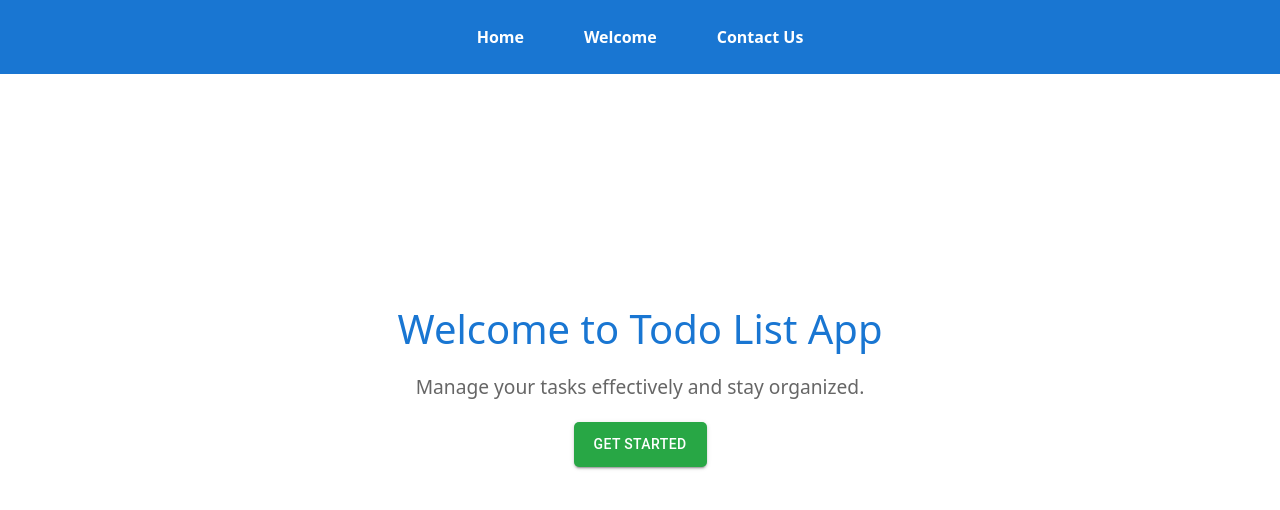
Repository: HPNChanel/Todo-List-Web-App
Page: /welcome (app in frontend/todolist/)
These files come from the project's save history. The page is drawn as it stood at one moment and after the next save; the edit follows.
The browser window is 1280 px wide. The pictures show the whole page.
The page's requests for data from a server got no answer. The project was rebuilt for these pictures with package versions that can differ from the ones it lists, and the page was loaded fresh each time. No one was signed in, and anything a server would have sent is missing. Also part of the build but not shown: frontend/todolist/src/styles/TaskItem.css, frontend/todolist/src/hooks/useTasks.js, frontend/todolist/src/components/TaskItem.js, frontend/todolist/src/styles/TaskForm.css, frontend/todolist/src/components/TaskForm.js, frontend/todolist/src/styles/TaskList.css, frontend/todolist/src/components/TaskList.js, frontend/todolist/src/styles/NotFound.css and 1 more. Imported but missing from the stored project, and not drawn on this page: frontend/todolist/src/components/ContactUs.

Above is the page before, as saved 2024-11-05 14:26:44.

After the next save:
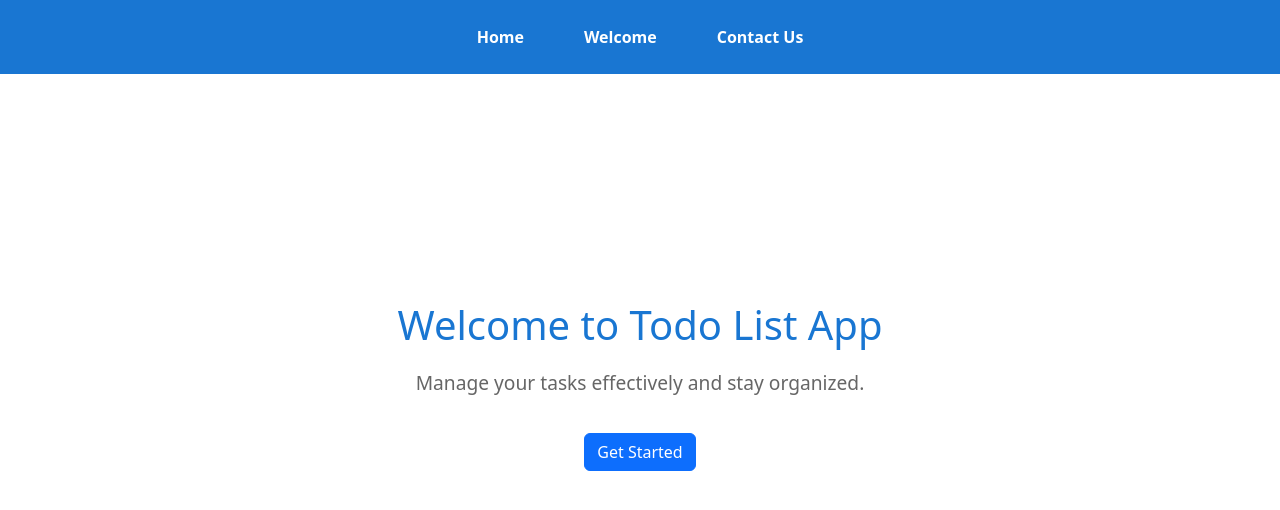
Saved 12 s later.
--- a/frontend/todolist/src/pages/WelcomePage.js
+++ b/frontend/todolist/src/pages/WelcomePage.js
@@ -1,15 +1,14 @@
 // src/pages/WelcomePage.js
 import React from 'react';
-import { Button } from '@mui/material';
 import '../styles/WelcomePage.css';
 
 const WelcomePage = () => (
-    <div className="welcome-page">
+    <div className="welcome-page text-center">
         <h1>Welcome to Todo List App</h1>
         <p>Manage your tasks effectively and stay organized.</p>
-        <Button variant="contained" className="get-started-btn" color="primary">
+        <button className="btn btn-primary mt-3">
             Get Started
-        </Button>
+        </button>
     </div>
 );
 
